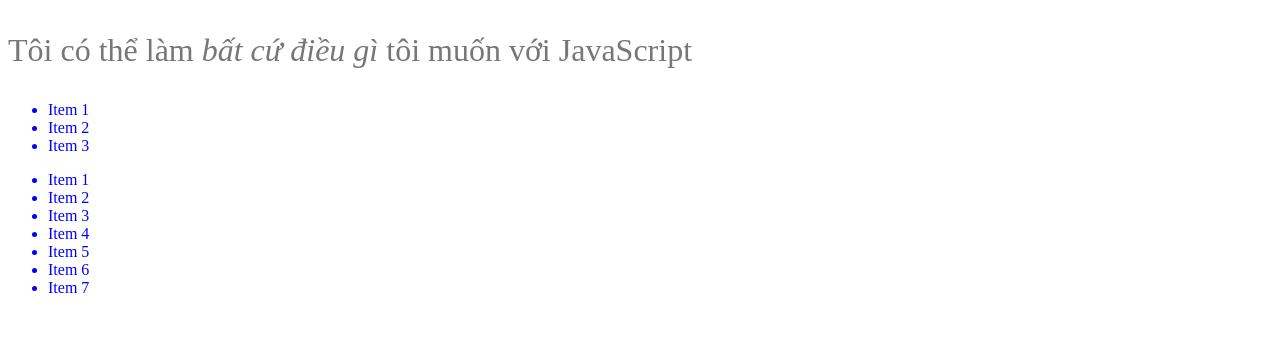
Repository: khanhnahk306/khanhnahk.github.io
Page: DOM/index.html
The author's editor kept a copy of each file at every save. The page is drawn from the files as they stood at one save, then again after a run of saves.
The browser window is 1280 px wide. The pictures show the whole page.

Above is the page before, as saved 2022-06-03 13:54:38.

### DOM/index.html
<!DOCTYPE html>
<html lang="en">
  <head>
    <meta charset="UTF-8" />
    <meta http-equiv="X-UA-Compatible" content="IE=edge" />
    <meta name="viewport" content="width=device-width, initial-scale=1.0" />
    <title>DOM</title>
  </head>
  <body>
    <p id="text">
      Mặt khác, các phần tử DOM đều là các node trên cây cấu trúc DOM
    </p>

    <ul>
      <li>Item 1</li>
      <li>Item 2</li>
      <li>Item 3</li>
    </ul>

    <ul id="list">
      <li>Item 1</li>
      <li>Item 2</li>
      <li>Item 3</li>
      <li>Item 4</li>
      <li>Item 5</li>
      <li>Item 6</li>
      <li>Item 7</li>
    </ul>

    <script>
      let p = document.getElementById("text");
      p.style.color = "#777";
      p.style.fontSize = "2rem";
      p.innerHTML =
        "Tôi có thể làm <em> bất cứ điều gì </em> tôi muốn với JavaScript";

      const para = document.querySelectorAll("li");
      console.log(para);
      for (let i = 0; i < para.length; i++) {
        para[i].style.color = "blue";
      }

      const para1 = document.createElement("li");
      para1.innerText = "Item8";
      document.body.prepend()
    </script>
  </body>
</html>

After the next 2 saves:
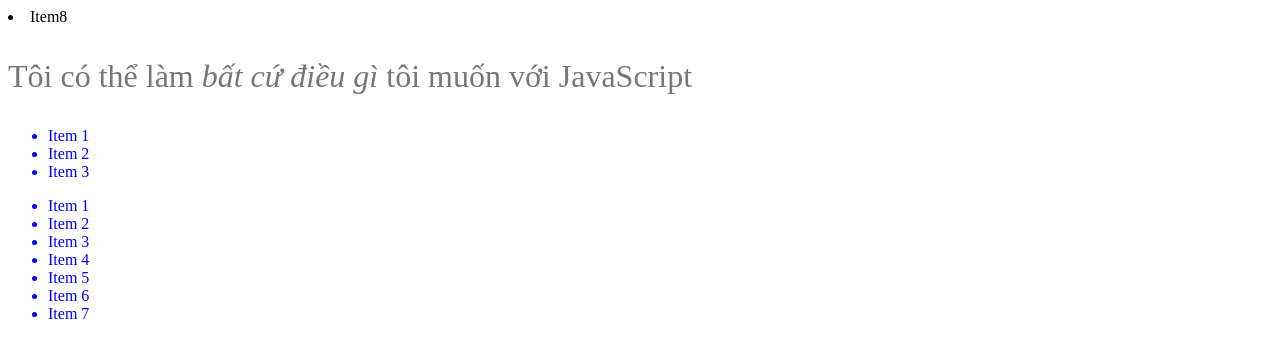
The 2 saves are shown as one change because they came seconds apart.
The last was saved 6 s later.
--- a/DOM/index.html
+++ b/DOM/index.html
@@ -42,7 +42,7 @@
 
       const para1 = document.createElement("li");
       para1.innerText = "Item8";
-      document.body.prepend()
+      document.body.prepend(para1);
     </script>
   </body>
 </html>

After the save that followed:
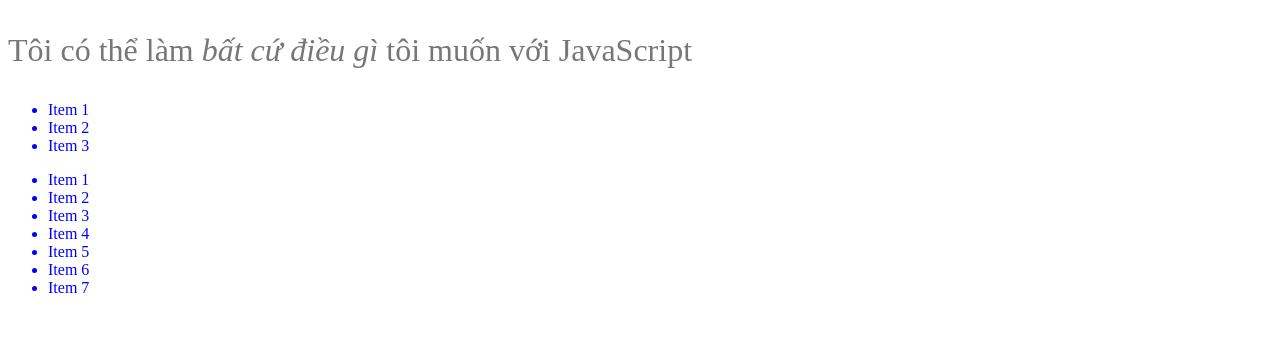
Console error: TypeError: document.body.a is not a function
Saved 32 s later.
--- a/DOM/index.html
+++ b/DOM/index.html
@@ -42,7 +42,7 @@
 
       const para1 = document.createElement("li");
       para1.innerText = "Item8";
-      document.body.prepend(para1);
+      document.body.a(para1);
     </script>
   </body>
 </html>
